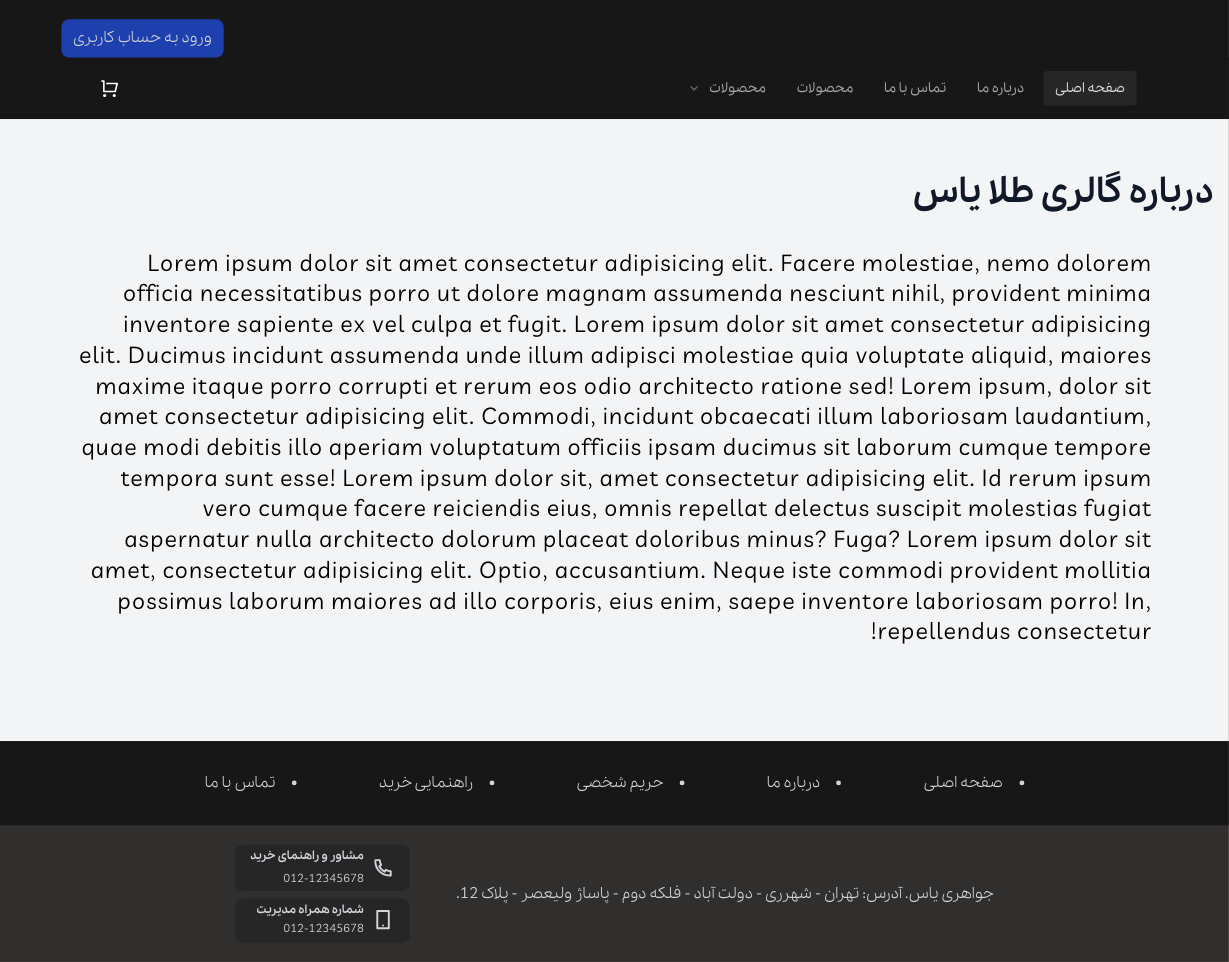
Repository: aliakbarmotallebi/yasgoldgallery-ui
Page: /about
The author's editor kept a copy of each file at every save. The page is drawn from the files as they stood at one save, then again after the next save.
The browser window is 1280 px wide. The pictures show the whole page, at 96% of full size.
The project was rebuilt for these pictures with package versions that can differ from the ones it lists, and the page was loaded fresh each time. Also part of the build but not shown: src/components/Brands.jsx, src/components/GridImages.js, src/components/SpecialComments.jsx, src/components/CardProduct.jsx, src/components/SpecialProducts.jsx, src/components/SuggestedProducts.jsx, src/pages/HomePage.jsx, src/pages/NotFound.jsx and 4 more.

Above is the page before, as saved 2023-01-16 12:03:59.

After the next save:
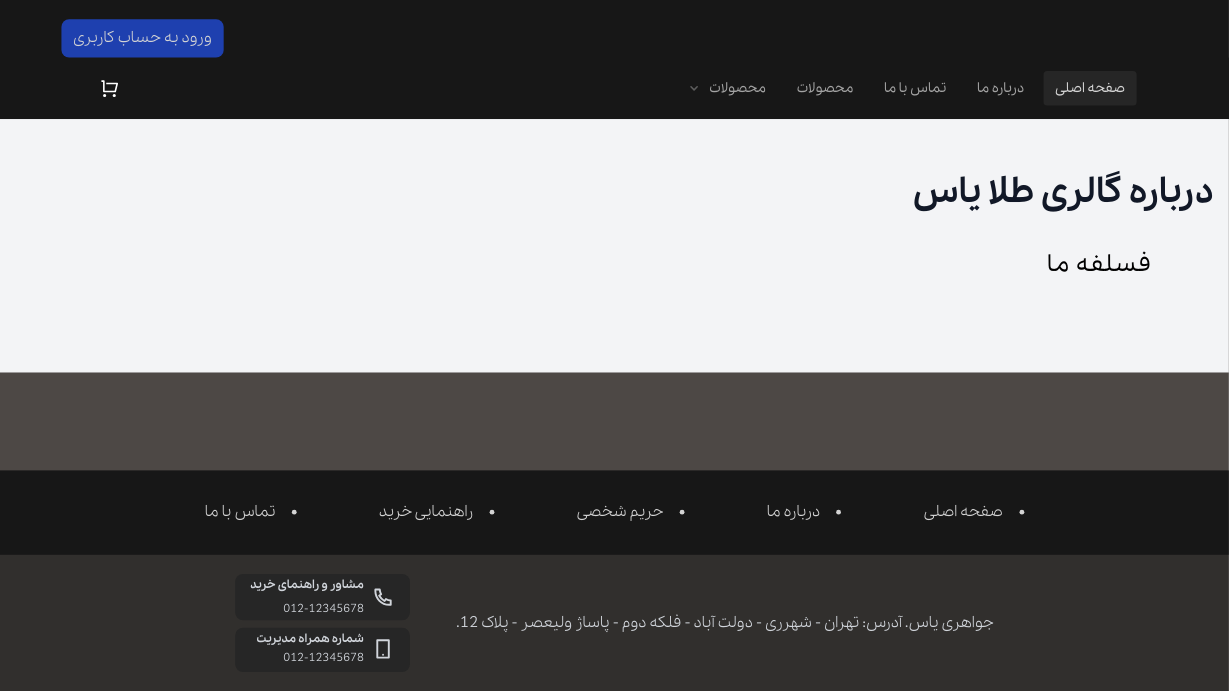
Saved 2 min 56 s later.
--- a/src/pages/AboutPage.jsx
+++ b/src/pages/AboutPage.jsx
@@ -9,11 +9,10 @@ const AboutPage = () => {
                 </div>
 
                 <div className="text-2xl text-black tracking-wider px-16 py-10">
-                    Lorem ipsum dolor sit amet consectetur adipisicing elit. Facere molestiae, nemo dolorem officia necessitatibus porro ut dolore magnam assumenda nesciunt nihil, provident minima inventore sapiente ex vel culpa et fugit.
-                    Lorem ipsum dolor sit amet consectetur adipisicing elit. Ducimus incidunt assumenda unde illum adipisci molestiae quia voluptate aliquid, maiores maxime itaque porro corrupti et rerum eos odio architecto ratione sed!
-                    Lorem ipsum, dolor sit amet consectetur adipisicing elit. Commodi, incidunt obcaecati illum laboriosam laudantium, quae modi debitis illo aperiam voluptatum officiis ipsam ducimus sit laborum cumque tempore tempora sunt esse!
-                    Lorem ipsum dolor sit, amet consectetur adipisicing elit. Id rerum ipsum vero cumque facere reiciendis eius, omnis repellat delectus suscipit molestias fugiat aspernatur nulla architecto dolorum placeat doloribus minus? Fuga?
-                    Lorem ipsum dolor sit amet, consectetur adipisicing elit. Optio, accusantium. Neque iste commodi provident mollitia possimus laborum maiores ad illo corporis, eius enim, saepe inventore laboriosam porro! In, repellendus consectetur!
+                    <h3 className="font-medium">
+                        فسلفه ما
+                    </h3>
+
                 </div>
             </div>
         </>
